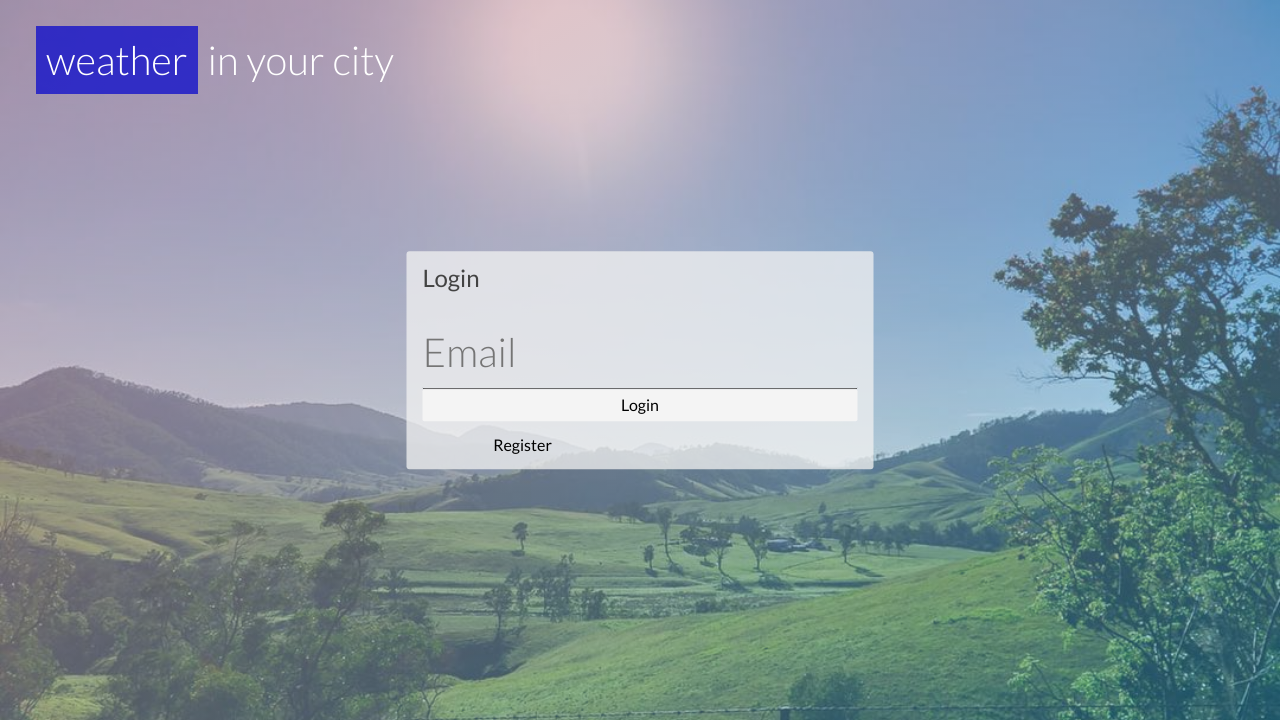
Repository: nosplashurinal/weather-app
Page: /, after clicking the first element matching `button.next`
The author's editor kept a copy of each file at every save. The page is drawn from the files as they stood at one save, then again after the next save.
The browser window is 1280 px wide. The pictures show the whole page.
The project was rebuilt for these pictures with package versions that can differ from the ones it lists, and the page was loaded fresh each time. Also part of the build but not shown: src/components/RecentSearches.vue, src/components/Search.vue, src/components/WeatherDataBlock.vue.

Above is the page before, as saved 2018-12-31 18:07:30.

### public/index.html
<!DOCTYPE html>
<html lang="en">

<head>
	<meta charset="utf-8">
	<meta http-equiv="X-UA-Compatible" content="IE=edge">
	<meta name="viewport" content="width=device-width,initial-scale=1.0">
	<link rel="icon" href="<%= BASE_URL %>favicon.ico">
	<link href="https://fonts.googleapis.com/css?family=Lato:300,400" rel="stylesheet">
	<title>weather-app</title>
</head>

<body>
	<noscript>
		<strong>We're sorry but weather-app doesn't work properly without JavaScript enabled. Please enable it to continue.</strong>
	</noscript>
	<div id="app"></div>
	<!-- built files will be auto injected -->
</body>

</html>

### src/App.vue
<template>
  <div class="root-container">
    <div class="bg" v-bind:style="{backgroundImage: `url(${bg})`}"></div>
    <div class="overlay"></div>
    <div class="title">
      <span>weather</span>
      <span>in your city</span>
    </div>
    <Login v-bind:isLoginError="isLoginError" v-if="!loginSuccess && !showRegistration" v-on:on-login="attemptLogin" v-on:open-registration="showRegistration = true" />
    <Registration v-if="showRegistration" v-on:on-success="showRegistration = false" />
    <div v-if="loginSuccess" class="search-container" v-bind:class="{resultActive: showResults}">
      <Search
        v-bind:message="message"
        v-bind:showLoading="isLoadingResults"
        v-bind:isError="isError"
        v-on:on-key-press="onClickSearch"
        v-on:on-change="onInputChange"
      />
      <transition name="ease">
        <div class="results-container" v-if="showResults">
          <WeatherDataBlock v-bind:weatherData="weatherData"/>
        </div>
      </transition>
    </div>
  </div>
</template>

<script>
import Search from "./components/Search.vue";
import WeatherDataBlock from "./components/WeatherDataBlock.vue";
import Login from "./components/Login.vue";
import Registration from "./components/Registration.vue";
import axios from "axios";

export default {
  name: "app",
  components: {
    Search,
    WeatherDataBlock,
    Login,
    Registration
  },
  data() {
    return {
      currentQueryValue: null,
      results: [],
      showResults: false,
      address: null,
      isError: false,
      message: null,
      searchQuery: null,
      isLoadingResults: false,
      units: "metric",
      weatherData: undefined,
      bg: "/images/bg.jpg",
      weatherBg: null,
      screenWidth: window.innerWidth,
      screenHeight: window.innerHeight,
      showRegistration: false,
      loginSuccess: false,
      isLoginError: false
    };
  },
  created: function() {
    if (!JSON.parse(window.localStorage.getItem("user"))) {
      this.showRegistration = true;
    }
  },
  mounted: function() {
    if (JSON.parse(window.localStorage.getItem("searches"))) {
      this.validateRecentSearches();
    }
  },
  watch: {
    async searchQuery(newQuery) {
      let storedWeatherData;
      this.showResults = false;

      // Check if anything is saved in localStorage
      if (window.localStorage.getItem("searches")) {
        // Now, check if the current query matches anything in localStorage
        storedWeatherData = this.getFromLocalStorage(newQuery);
      } else {
        // Create an empty object in localStorage
        window.localStorage.setItem("searches", null);
      }
      if (storedWeatherData) {
        this.isLoadingResults = true;
        // Translate localStorage data into the format needed to display the data
        setTimeout(
          () =>
            (this.weatherData = this.parseStoredWeatherData(
              storedWeatherData.result
            )),
          0.0001
        );
      } else {
        this.isLoadingResults = true;
        try {
          let weatherData = await this.fetchWeatherDataForCity(
            this.searchQuery
          );
          const formattedData = this.parseApiResponse(newQuery, weatherData);
          this.pushDataToLocalStorage(formattedData);
          this.weatherData = formattedData.result;
        } catch {
          this.isLoadingResults = false;
          this.isError = true;
        }
      }
    },
    weatherData() {
      this.isLoadingResults = false;
      this.showResults = true;
      this.changeBackgroundImage();
    }
  },
  methods: {
    async validateRecentSearches() {
      let storedData = window.localStorage.getItem("searches");
      let storedDataObject = JSON.parse(storedData);
      let promiseArray = [];
      let newDataObject = [];
      storedDataObject.forEach(({ result }) => {
        promiseArray.push(this.fetchWeatherDataForCity(result.name));
      });
      let responseArray = await Promise.all(promiseArray);
      responseArray.forEach((data, index) => {
        const formattedData = this.parseApiResponse(
          storedDataObject[index].query,
          data
        );
        newDataObject.push(formattedData);
      });
      window.localStorage.setItem("searches", JSON.stringify(newDataObject));
    },
    timeDifferenceBetwenNowAndDate(d) {
      const date = new Date(d * 1000);
      const now = new Date();
      return (now.getTime() - date.getTime()) / (1000 * 60);
    },
    attemptLogin(e) {
      const user = window.localStorage.getItem("user");
      if (user === e) {
        this.loginSuccess = true;
      } else {
        this.isLoginError = true;
      }
    },
    onInputChange() {
      if (this.isError) this.isError = false;
    },
    pushDataToLocalStorage(newDataItem) {
      let storedData = window.localStorage.getItem("searches");
      let storedDataObject = JSON.parse(storedData);
      let newDataObject = [];
      if (storedDataObject) {
        newDataObject = [...storedDataObject, newDataItem];
      } else {
        newDataObject.push(newDataItem);
      }
      window.localStorage.setItem("searches", JSON.stringify(newDataObject));
    },
    parseApiResponse(query, data) {
      return {
        query,
        result: {
          id: data.sys.id,
          temp: data.main.temp,
          name: data.name,
          country: data.sys.country,
          icon: data.weather[0].icon,
          description: data.weather[0].description,
          date: data.dt,
          humidity: data.wind.speed,
          wind: data.main.humidity
        }
      };
    },
    parseStoredWeatherData(data) {
      return {
        name: data.name,
        country: data.country,
        humidity: data.humidity,
        temp: data.temp,
        wind: data.wind,
        icon: data.icon,
        description: data.description,
        date: data.date
      };
    },
    getFromLocalStorage(i) {
      const localStorage = window.localStorage;
      const searchObject = JSON.parse(localStorage.getItem("searches"));
      if (searchObject) {
        return searchObject.find(item => item.query === i);
      } else {
        return null;
      }
    },
    onClickSearch(e) {
      this.searchQuery = e;
    },
    fetchWeatherDataForCity(city) {
      return new Promise((resolve, reject) => {
        axios
          .get(
            `http://api.openweathermap.org/data/2.5/weather?q=${city}&APPID=7c519880689160b16f5d233f16f2868d${
              this.units === "metric" ? "&units=metric" : ""
            }`
          )
          .then(response => {
            if (response.status === 404) {
              reject(response.err);
            } else {
              resolve(response.data);
            }
          })
          .catch(() => {
            this.isError = true;
            this.isLoadingResults = false;
            return;
          });
      });
    },
    changeBackgroundImage() {
      var newImg = new Image();
      newImg.onload = () => (this.bg = newImg.src);
      newImg.src = `https://loremflickr.com/1920/1080/${
        this.weatherData.description
      }`;
    }
  }
};
</script>

<style lang="scss" src="@/styles/app.scss">
</style>

### src/styles/app.scss
@import "./global.scss";
@import "./constants.scss";

.root-container {
  width: 100%;
  height: auto;
  overflow-y: scroll;
  overflow-x: hidden;
  font-size: 16px;
}
.bg {
  position: absolute;
  background-repeat: no-repeat;
  background-size: cover;
  background-position: center;
  -webkit-transition: background-image 500ms ease-in-out;
  transition: background-image 500ms ease-in-out;
  width: 100%;
  height: 100%;
}
.overlay {
  position: absolute;
  width: 100%;
  height: 100%;
  background-image: linear-gradient(
    to bottom right,
    rgba(230, 154, 154, 0.65),
    rgba(44, 181, 232, 0.4)
  );
}
.title {
  position: absolute;
  top: 36px;
  left: 36px;
  width: auto;
  height: auto;
  text-align: center;
  font-size: 2.5em;
  color: #fff;
  font-family: $font-primary;
  font-weight: 100;
  > span {
    padding: 0.25em;
    &:nth-child(1) {
      background-color: rgba($blue, 0.7);
    }
  }
}
.search-container {
  position: absolute;
  top: 50%;
  transform: translate(-50%, -50%);
  left: 50%;
  .results-container {
    margin-top: 4em;
    z-index: 9;
  }
}
.ease-enter-active,
.ease-leave-active {
  transition: all 900ms cubic-bezier(0, 0.57, 0.01, 0.97);
}
.ease-enter, .ease-leave-to /* .fade-leave-active below version 2.1.8 */ {
  opacity: 0;
  transform: scale(0.9) translate(0, 50px);
}
.slide-enter-active, .slide-leave-active {
  transition: opacity 350ms ease-in-out;
}
.slide-enter /* .fade-leave-active below version 2.1.8 */ {
  opacity: 0;
}

### src/styles/global.scss
html, body {
	position: relative;
	width: 100%;
	height: 100%;
}

body {
	color: #333;
	margin: 0;
	padding: 0;
	box-sizing: border-box;
	font-family: -apple-system, BlinkMacSystemFont, "Segoe UI", Roboto, Oxygen-Sans, Ubuntu, Cantarell, "Helvetica Neue", sans-serif;
}

a {
	color: rgb(0,100,200);
	text-decoration: none;
}

a:hover {
	text-decoration: underline;
}

a:visited {
	color: rgb(0,80,160);
}

label {
	display: block;
}

input, button, select, textarea {
	font-family: inherit;
	font-size: inherit;
	padding: 0.4em;
	margin: 0 0 0.5em 0;
	box-sizing: border-box;
	border: 1px solid #ccc;
	border-radius: 2px;
}

input:disabled {
	color: #ccc;
}

button {
	background-color: #f4f4f4;
	outline: none;
}

button:active {
	background-color: #ddd;
}

button:focus {
	border-color: #666;
}

p {
	margin: 0;
	padding: 0;
}

ul {
	list-style: none;
}
input:focus {
	outline: 0;
}
button {
	border: 0;
}

### src/styles/constants.scss
$blue: rgb(0, 0, 205);
$font-primary: "Lato", sans-serif;

### src/components/Login.vue
<template>
  <div class="login">
    <p>Login</p>
    <div class="login-container">
      <input
        ref="loginInput"
        autocomplete="off"
        type="email"
        name="email"
        class="email"
        id="email"
        placeholder="Email"
        v-on:keypress="onKeyPress"
      >
      <button type="button" v-on:click="onClickLogin" class="login-button">Login</button>
      <p
        v-if="isLoginError"
        class="error-message"
      >Oops, we could not find you. Try again or register.</p>
    </div>
    <button v-on:click="openRegistration" class="register-button">Register</button>
  </div>
</template>
<script>
export default {
  name: "Login",
  props: {
    isLoginError: Boolean
  },
  methods: {
    onKeyPress(e) {
      if (e.key === "Enter") this.$emit("on-login", e.target.value);
    },
    onClickLogin() {
      this.$emit("on-login", this.$refs.loginInput);
    },
    openRegistration() {
      this.$emit("on-registration");
    }
  }
};
</script>
<style lang="scss" src="@/styles/login.scss">
</style>

### src/components/Registration.vue
<template>
  <div class="registration">
    <p>Please take a few moments to register.</p>
    <div class="fields-container">
      <input
        placeholder="Enter your Email"
        autofocus
        autocomplete="off"
        type="email"
        name="email"
        class="email"
        id="email"
        v-model="email"
      >
      <input
        placeholder="Enter your Name"
        autofocus
        autocomplete="off"
        type="text"
        name="name"
        class="name"
        id="name"
        v-model="name"
      >
      <input
        placeholder="Mobile"
        autofocus
        autocomplete="off"
        type="phone"
        name="mobile"
        class="mobile"
        id="mobile"
        v-model="mobile"
      >
      <input
        placeholder="Where are you located?"
        autofocus
        autocomplete="off"
        type="text"
        name="location"
        class="location"
        id="location"
        v-model="location"
      >
    </div>
    <button type="button" class="next" v-on:click="onRegister">Next</button>
  </div>
</template>
<script>
export default {
  name: "Registration",
  data() {
    return {
      email: null,
      name: null,
      mobile: null,
      location: null
    };
  },
  methods: {
    onRegister() {
      const { email, name, mobile, location } = this;
      const userObject = {
        email,
        name,
        mobile,
        location
      };
      window.localStorage.setItem("user", JSON.stringify(userObject));
      this.$emit("on-success");
    }
  }
};
</script>
<style lang="scss" src="@/styles/registration.scss">
</style>

### src/styles/login.scss
@import "./constants.scss";

.login {
  position: absolute;
  top: 50%;
  transform: translate(-50%, -50%);
  left: 50%;
  background: rgba(#f2f2f2, 0.75);
  border-radius: 3px;
  font-family: "Lato", sans-serif;
  padding: 0 1em;
  p {
    color: #434343;
    position: relative;
    font-size: 1.5em;
    padding: 0.5em 0;
    margin-bottom: 0.5em;
    flex: none;
    width: 100%;
  }
  .login-container {
    display: flex;
    flex-direction: column;
    input {
      color: #434343;
      background: transparent;
      border: 0;
      display: block;
      border-bottom: 1px solid #434343;
      font-size: 2.5em;
      font-weight: 300;
      margin: 0;
      flex: 0 1 100%;
      height: auto;
      padding: 0;
      padding: 0.3em 0;
      position: relative;
      flex-wrap: wrap;
      &:focus {
        background: transparent;
        border: 0;
        border-bottom: 1px solid #434343;
        outline: none;
        box-shadow: none;
      }
      ::-webkit-input-placeholder {
        /* Chrome/Opera/Safari */
        color: #434343;
      }
      ::-moz-placeholder {
        /* Firefox 19+ */
        color: #434343;
      }
    }
    .login {
      background: $blue;
      color: #fff;
      text-align: center;
      border-radius: 6px;
      cursor: pointer;
      flex: 0 1 100%;
      width: auto;
      height: auto;
      padding: 0.75em;
      display: block;
      margin: 0;
    }
    .error-message {
      flex: 0 0 100%;
    }
  }
  .register-button {
    width: 200px;
    height: auto;
    background: none;
    cursor: pointer;
    &:hover {
      text-decoration: underline;
    }
  }
  .fade-enter-active,
  .fade-leave-active {
    transition: opacity 350ms ease-in-out;
  }
  .fade-enter, .fade-leave-to /* .fade-leave-active below version 2.1.8 */ {
    opacity: 0;
  }
}

### src/styles/registration.scss
@import "./constants.scss";

.registration {
  position: absolute;
  top: 50%;
  transform: translate(-50%, -50%);
  left: 50%;
  background: rgba(#f2f2f2, 0.75);
  border-radius: 3px;
  font-family: "Lato", sans-serif;
  padding: 0 1em;
  p {
    color: #434343;
    position: relative;
    font-size: 1.5em;
    padding: 0.5em 0;
    margin-bottom: 0.5em;
  }
  .fields-container {
    position: relative;
    padding: 0 1.25em;
    ::-webkit-input-placeholder { /* Chrome/Opera/Safari */
      color: #434343;
    }
    ::-moz-placeholder { /* Firefox 19+ */
      color: #434343;
    }
    input {
      color: #434343;
      background: transparent;
      border: 0;
      display: block;
      border-bottom: 1px solid #434343;
      font-size: 1.5em;
      font-weight: 300;
      margin: 0;
      width: 100%;
      height: auto;
      padding: 0;
      padding: 0.3em 0;
      margin-bottom: 1em;
      &::focus {
        background: transparent;
        border: 0;
        border-bottom: 1px solid #434343;
        outline: none;
        box-shadow: none;
      }
    }
  }
  .next {
    background: $blue;
    color: #fff;
    padding: 0.75em;
    margin-right: 1em;
    border-radius: 6px;
    cursor: pointer;
    float: right;
  }
}

Loaded but not shown: src/main.js (common file)

After the next save:
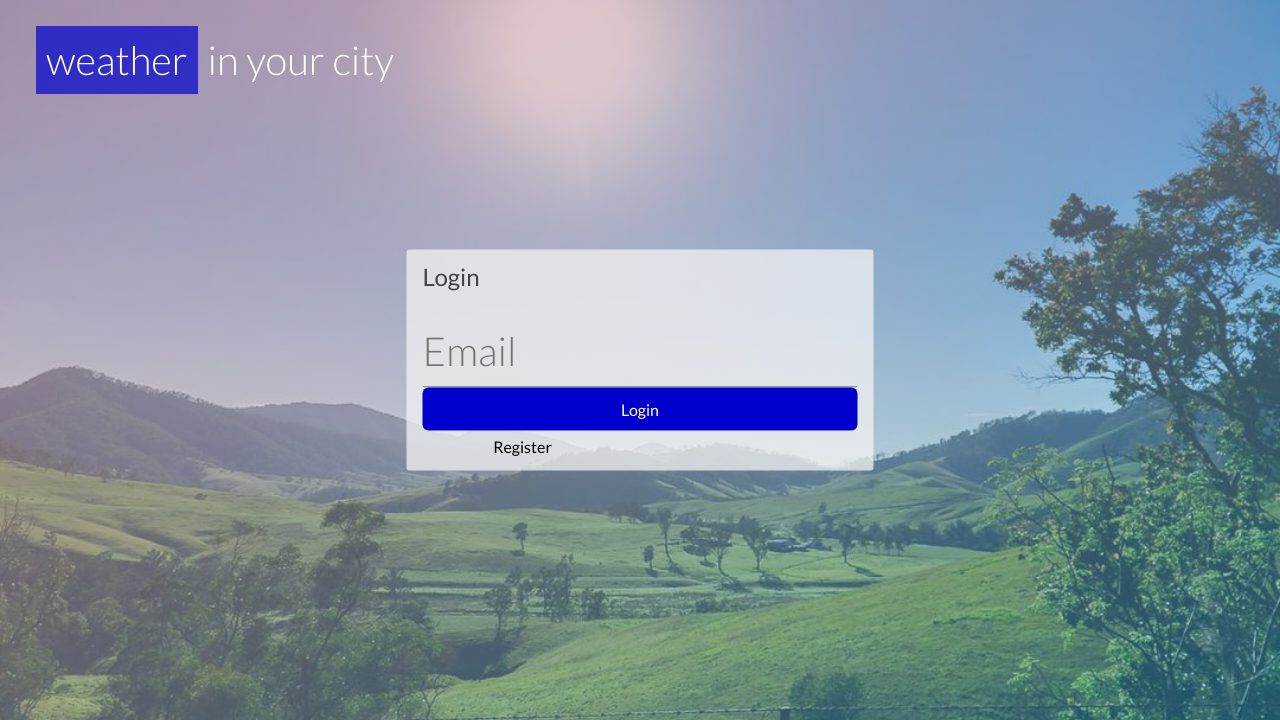
Saved 4 s later.
--- a/src/styles/login.scss
+++ b/src/styles/login.scss
@@ -52,7 +52,7 @@
         color: #434343;
       }
     }
-    .login {
+    .login-button {
       background: $blue;
       color: #fff;
       text-align: center;
